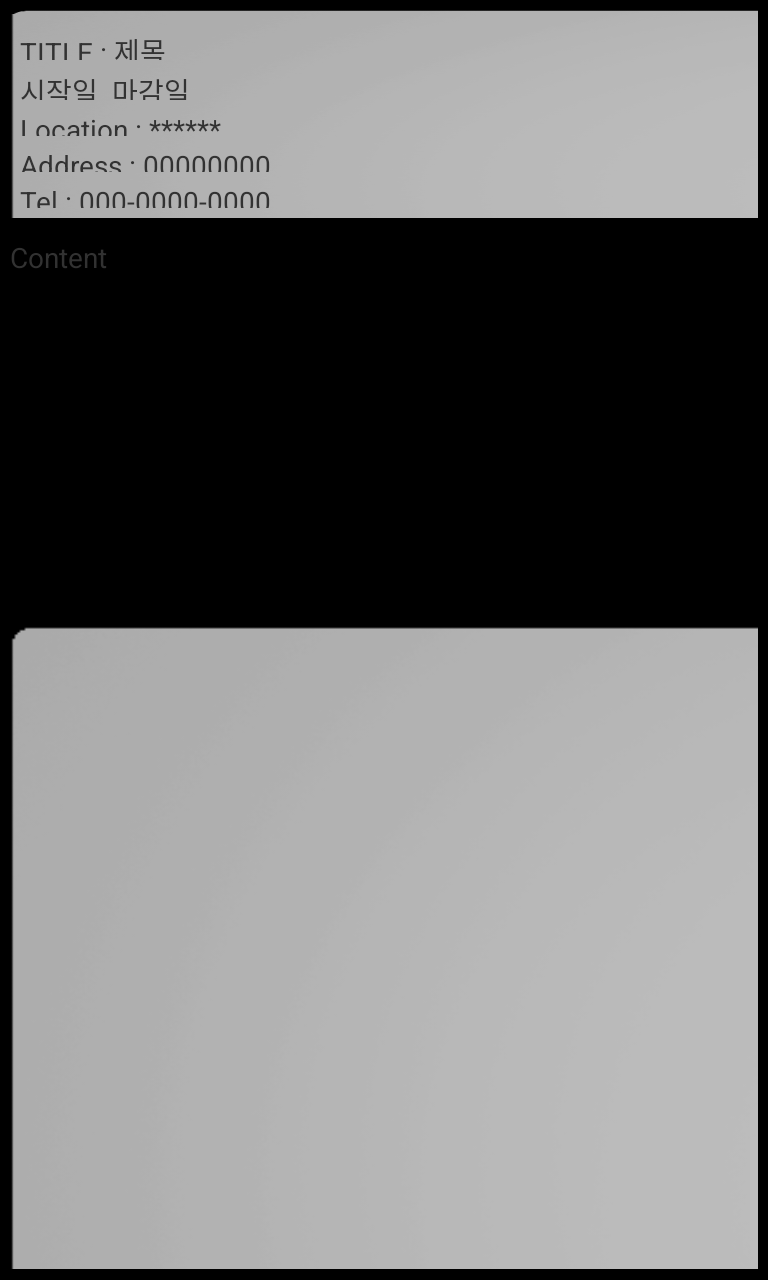
Repository: chlduq04/java
Layout: Culturemap/res/layout/detail.xml
These files come from the project's save history. The layout is drawn as it stood at one moment and after the next save; the edit follows.
It is drawn on a 768 x 1280 px phone screen (xhdpi) without system bars, with theme AppTheme; the app's code is not run.

Above is the layout before, as saved 2012-07-23 07:20:56.

After the next save:
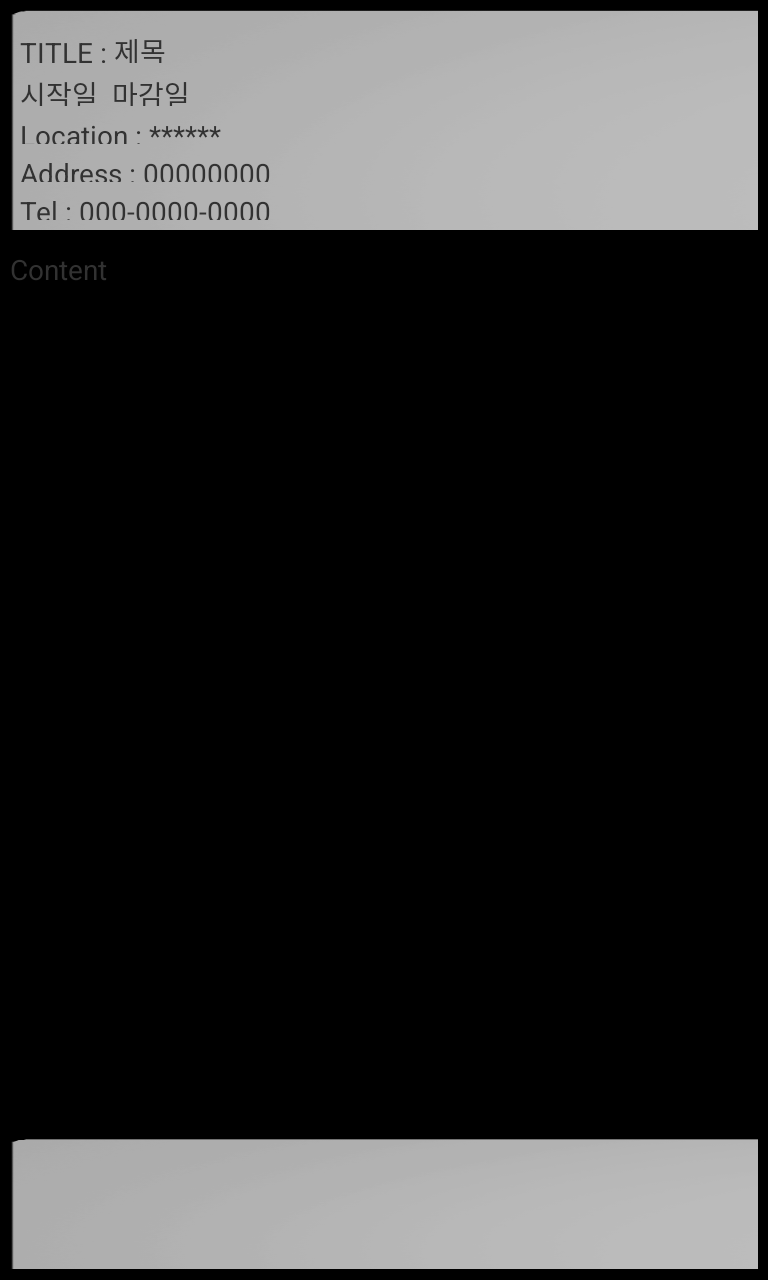
Saved 16 s later.
--- a/Culturemap/res/layout/detail.xml
+++ b/Culturemap/res/layout/detail.xml
@@ -127,7 +127,7 @@
     <LinearLayout
         android:background="@drawable/content"
         android:layout_width="match_parent"
-        android:layout_height="wrap_content"
+        android:layout_height="10dip"
         android:layout_margin="5dip"
         android:layout_margin="5dip"
         android:layout_weight="0.8"
